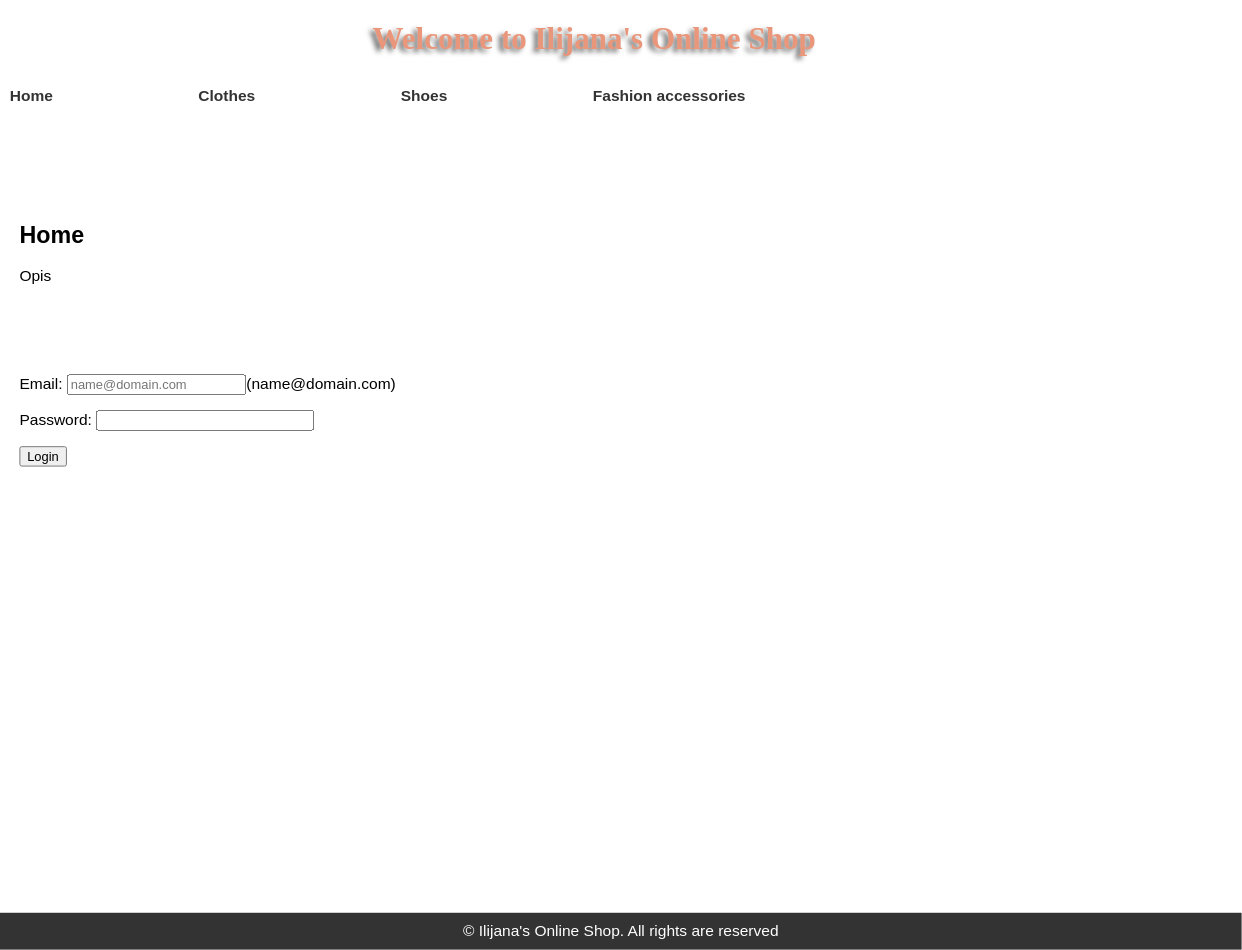
Repository: ilijana123/Proekt1
Page: html.html
These files come from the project's save history. The page is drawn as it stood at one moment and after a run of saves; the edit follows.
The browser window is 1280 px wide. The pictures show the whole page, at 97% of full size.

Above is the page before, as saved 2023-11-12 23:29:11.

After the next 2 saves:
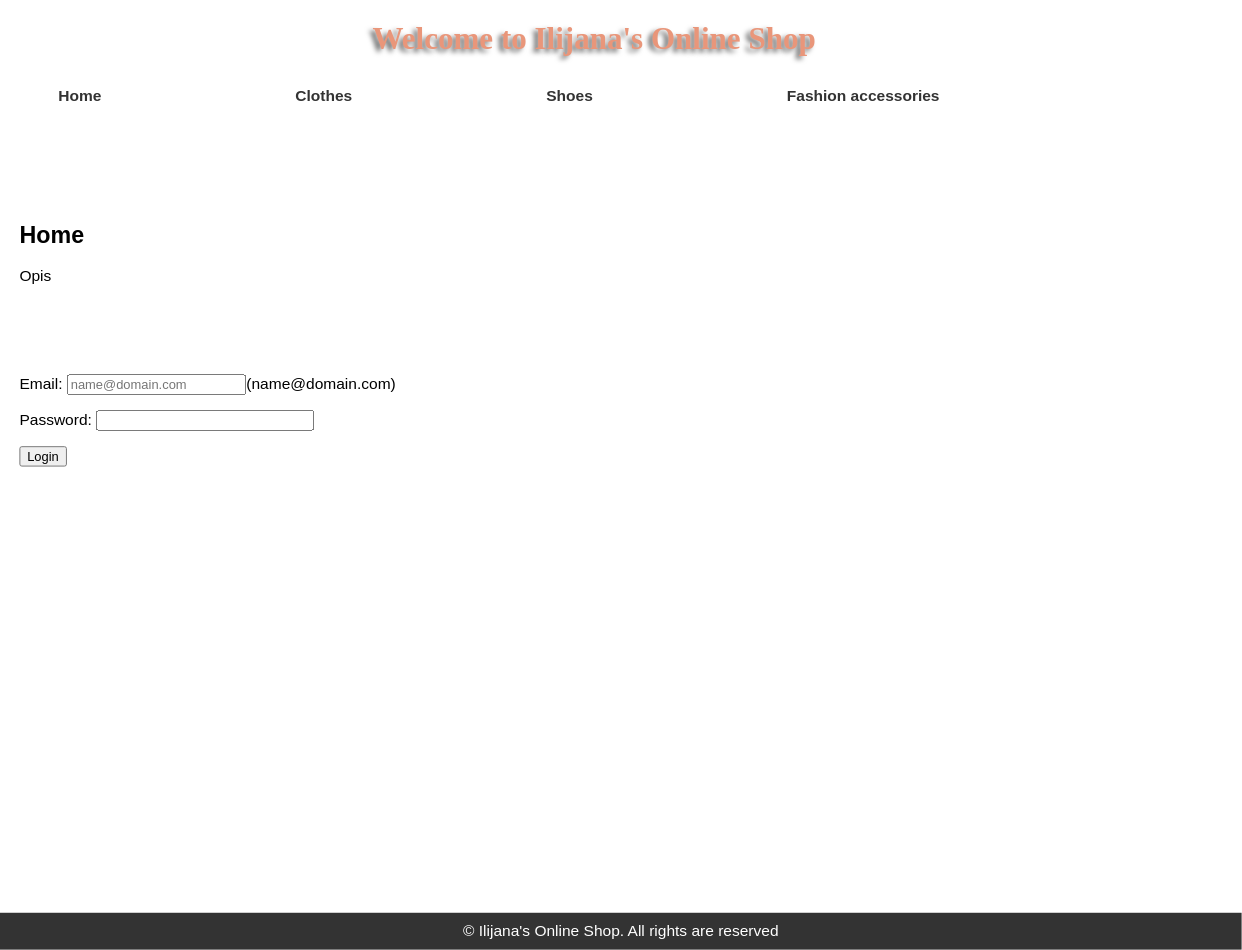
The 2 saves are shown as one change because they came seconds apart.
The last was saved 14 s later.
--- a/1.css
+++ b/1.css
@@ -29,6 +29,7 @@ h1  {
         display: block; /* Set the display property to block */
         margin-bottom: 50px;
         margin-right: 150px;
+        margin-left:50px;
     }
     section {
         padding: 20px;
